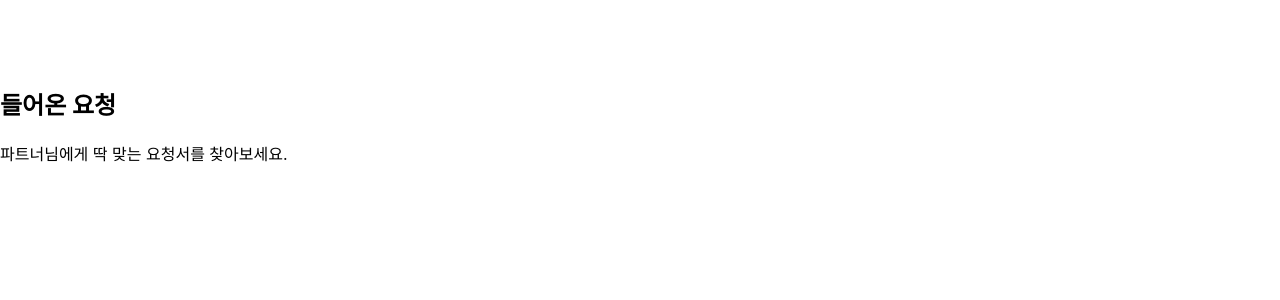
Repository: seoulsaram/capa
Page: /
The author's editor kept a copy of each file at every save. The page is drawn from the files as they stood at one save, then again after the next save.
The browser window is 1280 px wide. The pictures show the whole page.
The project was rebuilt for these pictures with package versions that can differ from the ones it lists, and the page was loaded fresh each time. Also part of the build but not shown: src/App.css, src/components/item_container/item_container.module.css, src/components/request_box/request_box.module.css, src/components/request_box/request_box.js.

Above is the page before, as saved 2021-03-05 17:29:43.

### public/index.html
<!DOCTYPE html>
<html lang="en">
  <head>
    <meta charset="utf-8" />
    <link rel="icon" href="%PUBLIC_URL%/favicon.ico" />
    <meta name="viewport" content="width=device-width, initial-scale=1" />
    <meta name="theme-color" content="#000000" />
    <meta name="description" content="Web site created using create-react-app" />

    <title>React App</title>
  </head>
  <body>
    <noscript>You need to enable JavaScript to run this app.</noscript>
    <div id="root"></div>
  </body>
</html>

### src/index.js
import React from "react";
import ReactDOM from "react-dom";
import "./index.css";
import App from "./app";
import RequestInfo from "./service/request_info";

const requestInfo = new RequestInfo();

ReactDOM.render(
  <React.StrictMode>
    <App requestInfo={requestInfo} />
  </React.StrictMode>,
  document.getElementById("root")
);

### src/App.js
import "./app.css";
import Header from "./components/header/header";
import ItemContainer from "./components/item_container/item_container";
import RequestBox from "./components/request_box/request_box";

function App({ requestInfo }) {
  return (
    <div>
      <Header />
      <ItemContainer />
    </div>
  );
}

export default App;

### src/service/request_info.js
class RequestInfo {
  constructor() {
    this.getrequestOptions = {
      method: "GET",
    };
  }

  async getInfo() {
    const response = await fetch("http://localhost:3002/requests", this.getrequestOptions);
    const res = await response.json();
    return res;
  }
}

export default RequestInfo;

### src/components/header/header.js
import React, { memo } from "react";
import styles from "./header.module.css";

const Header = (props) => (
  <div className={styles.header}>
    <div className={styles.headerLeft}>
      <p>CAPA</p>
      <p>파트너스</p>
    </div>
    <div className={styles.headerRight}>
      <p>A가공업체</p>
      <div className={styles.line}></div>
      <p>로그아웃</p>
    </div>
  </div>
);

export default Header;

### src/components/item_container/item_container.js
import React from "react";
import styles from "./item_container.module.css";

const ItemContainer = (props) => (
  <section>
    <h1>들어온 요청</h1>
    <p>파트너님에게 딱 맞는 요청서를 찾아보세요.</p>
  </section>
);

export default ItemContainer;

### src/components/header/header.module.css
@value MakeBlue from '../../common/color.css';

.header {
  display: flex;
  justify-content: space-between;
  padding: 5px 20px;
  background-color: MakeBlue;
  color: white;
}

.headerLeft {
  display: flex;
  align-items: center;
}

.headerRight {
  display: flex;
  align-items: center;
}

.line {
  width: 2px;
  height: 50%;
  background-color: white;
  margin: 0px 14px;
}

Loaded but not shown: src/index.css (common file)

After the next save:
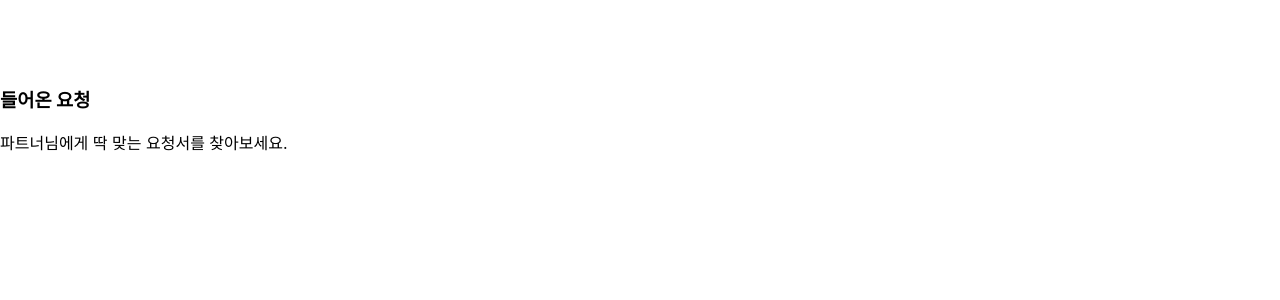
Saved 12 s later.
--- a/src/components/item_container/item_container.js
+++ b/src/components/item_container/item_container.js
@@ -3,7 +3,7 @@
 
 const ItemContainer = (props) => (
   <section>
-    <h1>들어온 요청</h1>
+    <h3>들어온 요청</h3>
     <p>파트너님에게 딱 맞는 요청서를 찾아보세요.</p>
   </section>
 );

After the save that followed:
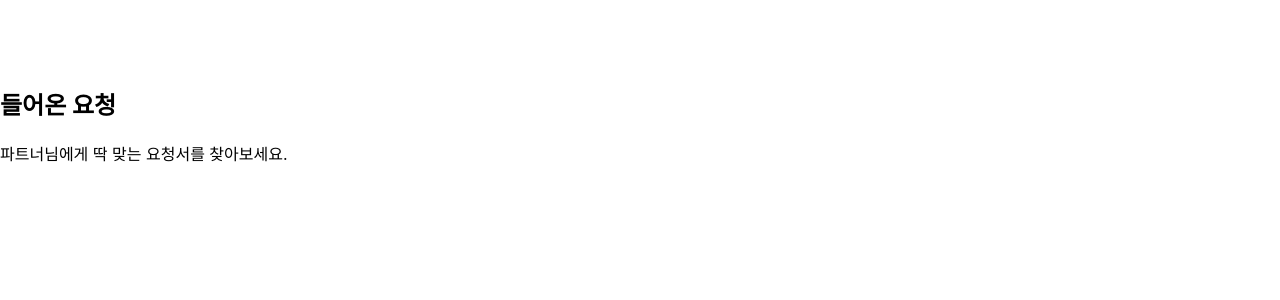
Saved 16 s later.
--- a/src/components/item_container/item_container.js
+++ b/src/components/item_container/item_container.js
@@ -3,7 +3,7 @@
 
 const ItemContainer = (props) => (
   <section>
-    <h3>들어온 요청</h3>
+    <h2>들어온 요청</h2>
     <p>파트너님에게 딱 맞는 요청서를 찾아보세요.</p>
   </section>
 );
